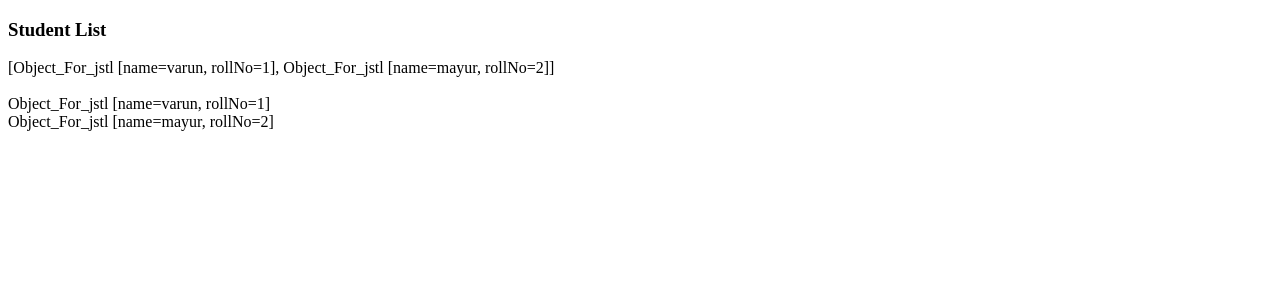
Repository: Kvarun0/JSP_JSTL_SERVLET
Page: http://localhost/C_Jsp_With_Jstl_Basic/
These files come from the project's save history. The page is drawn as it stood at one moment and after a run of saves; the edit follows.
The browser window is 1280 px wide. The pictures show the whole page.
The page is served by Tomcat 9. Other server files are loaded and not shown.

Above is the page before, as saved 2023-02-03 15:08:41.

### C_Jsp_With_Jstl_Basic/WebContent/object_with_jsp_jstl.jsp
<%@ page language="java" contentType="text/html; charset=ISO-8859-1"
    pageEncoding="ISO-8859-1"%>

 <%@ taglib prefix="c"  uri="http://java.sun.com/jsp/jstl/core"%>
<!DOCTYPE html PUBLIC "-//W3C//DTD HTML 4.01 Transitional//EN" "http://www.w3.org/TR/html4/loose.dtd">
<html>
<head>
<meta http-equiv="Content-Type" content="text/html; charset=ISO-8859-1">
<title>Insert title here</title>
</head>
<body>

	<h3>Student List </h3> ${student}
	<br>
	<br>

	<c:forEach items="${student}" var="s">
		${s}
		<br/>
	</c:forEach>

</body>
</html>

### C_Jsp_With_Jstl_Basic/src/com/servlet/Object_with_jstl.java
package com.servlet;

import java.io.IOException;
import java.util.Arrays;
import java.util.List;

import javax.servlet.RequestDispatcher;
import javax.servlet.ServletException;
import javax.servlet.ServletRequest;
import javax.servlet.ServletResponse;
import javax.servlet.annotation.WebServlet;
import javax.servlet.http.HttpServlet;
import javax.servlet.http.HttpServletRequest;
import javax.servlet.http.HttpServletResponse;


@WebServlet("")
public class Object_with_jstl extends HttpServlet{

	public void doGet(HttpServletRequest req,HttpServletResponse res) throws ServletException, IOException{

		String name="varun";
		int id=10;

		List<Object_For_jstl> stud=Arrays.asList(new Object_For_jstl(1,"varun"),
												 new Object_For_jstl(2, "mayur"));


		req.setAttribute("student", stud);

		RequestDispatcher rd=req.getRequestDispatcher("object_with_jsp_jstl.jsp");

		rd.forward(req, res);



	}
}

### C_Jsp_With_Jstl_Basic/src/com/servlet/Object_For_jstl.java
package com.servlet;


public class Object_For_jstl {

	private String name;
	private int rollNo;

	public String getName() {
		return name;
	}

	public void setName(String name) {
		this.name = name;
	}

	public int getRollNo() {
		return rollNo;
	}


	public void setRollNo(int rollNo) {
		this.rollNo = rollNo;
	}

	public Object_For_jstl(int rollNo,String name) {
		super();
		this.name = name;
		this.rollNo = rollNo;
	}

	@Override
	public String toString() {
		return "Object_For_jstl [name=" + name + ", rollNo=" + rollNo + "]";
	}


}

After the next 2 saves:
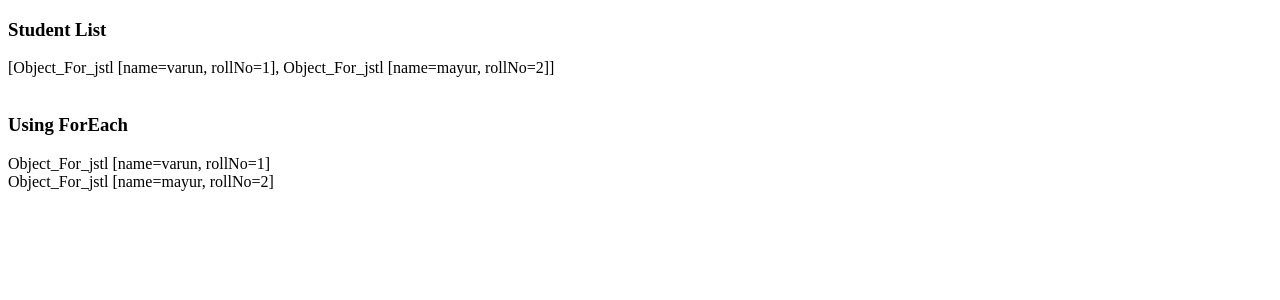
The 2 saves are shown as one change because they came seconds apart.
The last was saved 16 s later.
--- a/C_Jsp_With_Jstl_Basic/WebContent/object_with_jsp_jstl.jsp
+++ b/C_Jsp_With_Jstl_Basic/WebContent/object_with_jsp_jstl.jsp
@@ -14,6 +14,7 @@
 	<br>
 	<br>
 
+	<h3>Using ForEach</h3>
 	<c:forEach items="${student}" var="s">
 		${s}
 		<br/>
